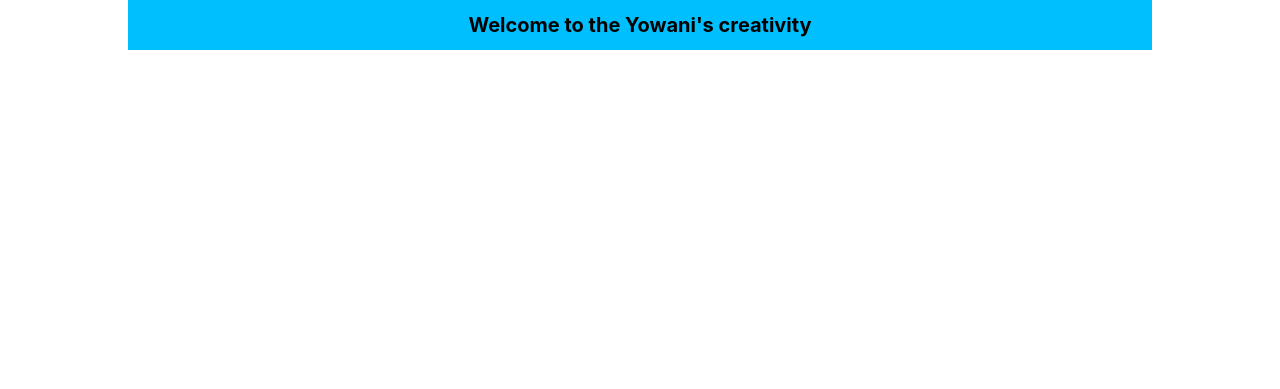
Repository: Yowani24/CarbonApp
Page: /
An editor plug-in stored every save of this project. The page is shown before and after the next save, followed by the edit.
The browser window is 1280 px wide. The pictures show the whole page.
The project was rebuilt for these pictures with package versions that can differ from the ones it lists, and the page was loaded fresh each time. The framework's server and built-in components were replaced by stand-ins that run in the browser. Also part of the build but not shown: next.config.js, pages/cart/Cart.module.css, pages/cart/index.js.

Above is the page before, as saved 2021-09-26 12:22:08.

After the next save:
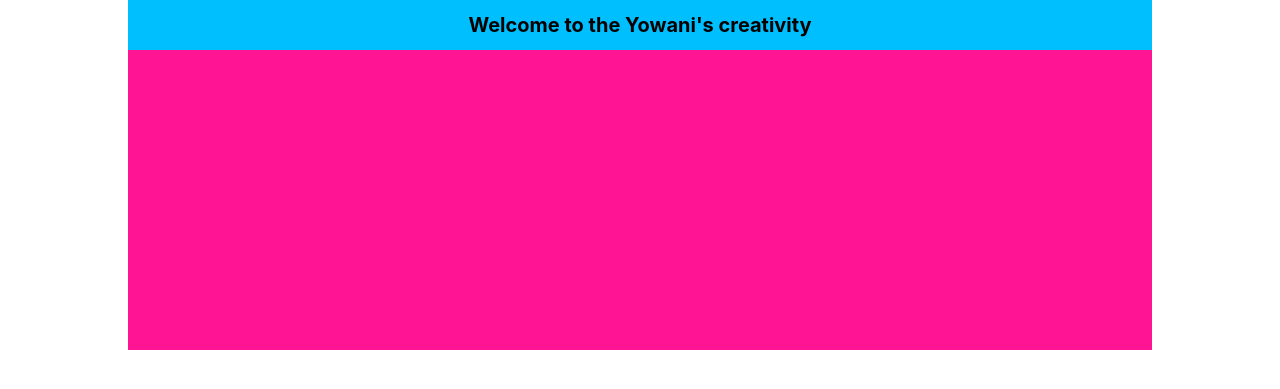
Saved 26 s later.
--- a/pages/index.js
+++ b/pages/index.js
@@ -15,7 +15,7 @@ export default function Home() {
 
       <section className={styles.cards_sec}>
         <div className={styles.interface}>
-          <div lassName={styles.card_box}>
+          <div className={styles.card_box}>
 
           </div>
         </div>

After the 4 saves that followed:
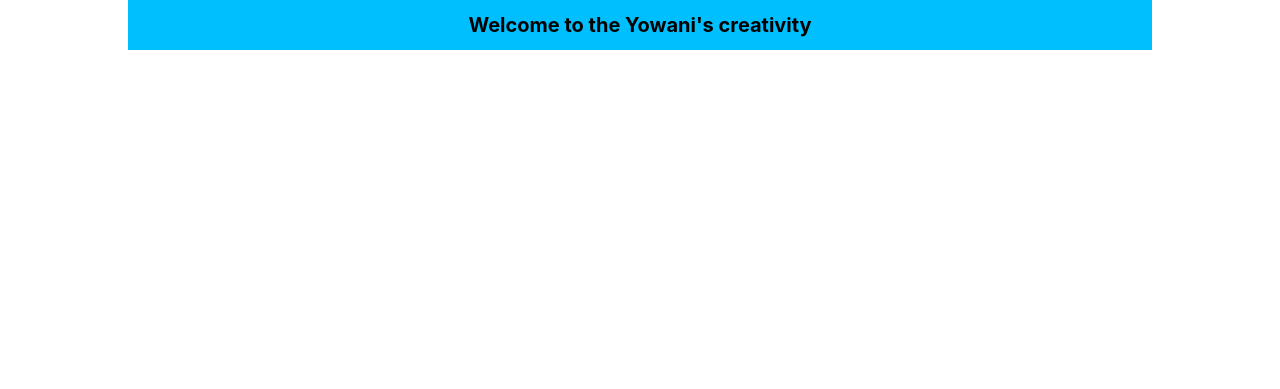
The 4 saves are shown as one change because 1 did not build or start and 2 left the picture as it was.
The last was saved 12 min 43 s later.
--- a/styles/Home.module.css
+++ b/styles/Home.module.css
@@ -19,7 +19,5 @@
 
 }
 .card_box{
-  width: 100%;
-  height: 300px;
   background: deeppink;
 }
